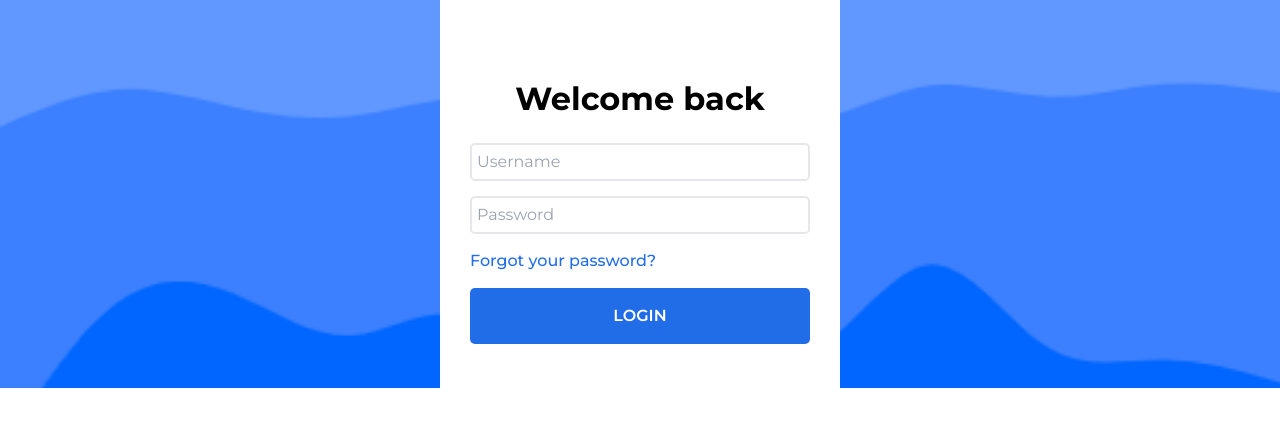
Repository: SatohJiro/CourseSale
Page: /
These files come from the project's save history. The page is drawn as it stood at one moment and after the next save; the edit follows.
The browser window is 1280 px wide. The pictures show the whole page.
The project was rebuilt for these pictures with package versions that can differ from the ones it lists, and the page was loaded fresh each time. Also part of the build but not shown: src/pages/Home/index.js, src/pages/Courses/index.js, src/layout/DefaultLayout/DefaultLayout.module.scss, src/layout/components/Header/Header.module.scss, src/layout/components/Header/index.js, src/layout/components/Sidebar/Sidebar.module.scss, src/layout/components/Sidebar/index.js, src/layout/DefaultLayout/index.js.

Above is the page before, as saved 2022-12-05 11:10:31.

After the next save:
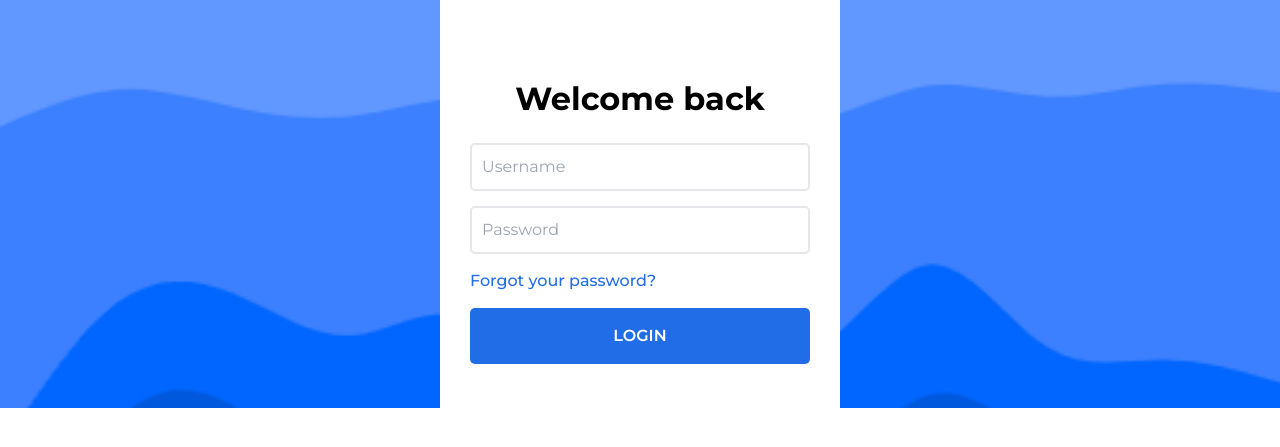
Saved 14 s later.
--- a/src/pages/Login/Login.jsx
+++ b/src/pages/Login/Login.jsx
@@ -8,12 +8,12 @@ const Login = () => {
           <h2 className="mt-2 mb-8 text-[32px] font-bold">Welcome back</h2>
           <form action="" className="grid gap-6">
             <input
-              className="p-2 border-2 rounded-lg"
+              className="p-4 border-2 rounded-lg"
               type="text"
               placeholder="Username"
             />
             <input
-              className="p-2 border-2 rounded-lg"
+              className="p-4 border-2 rounded-lg"
               type="password"
               placeholder="Password"
             />
